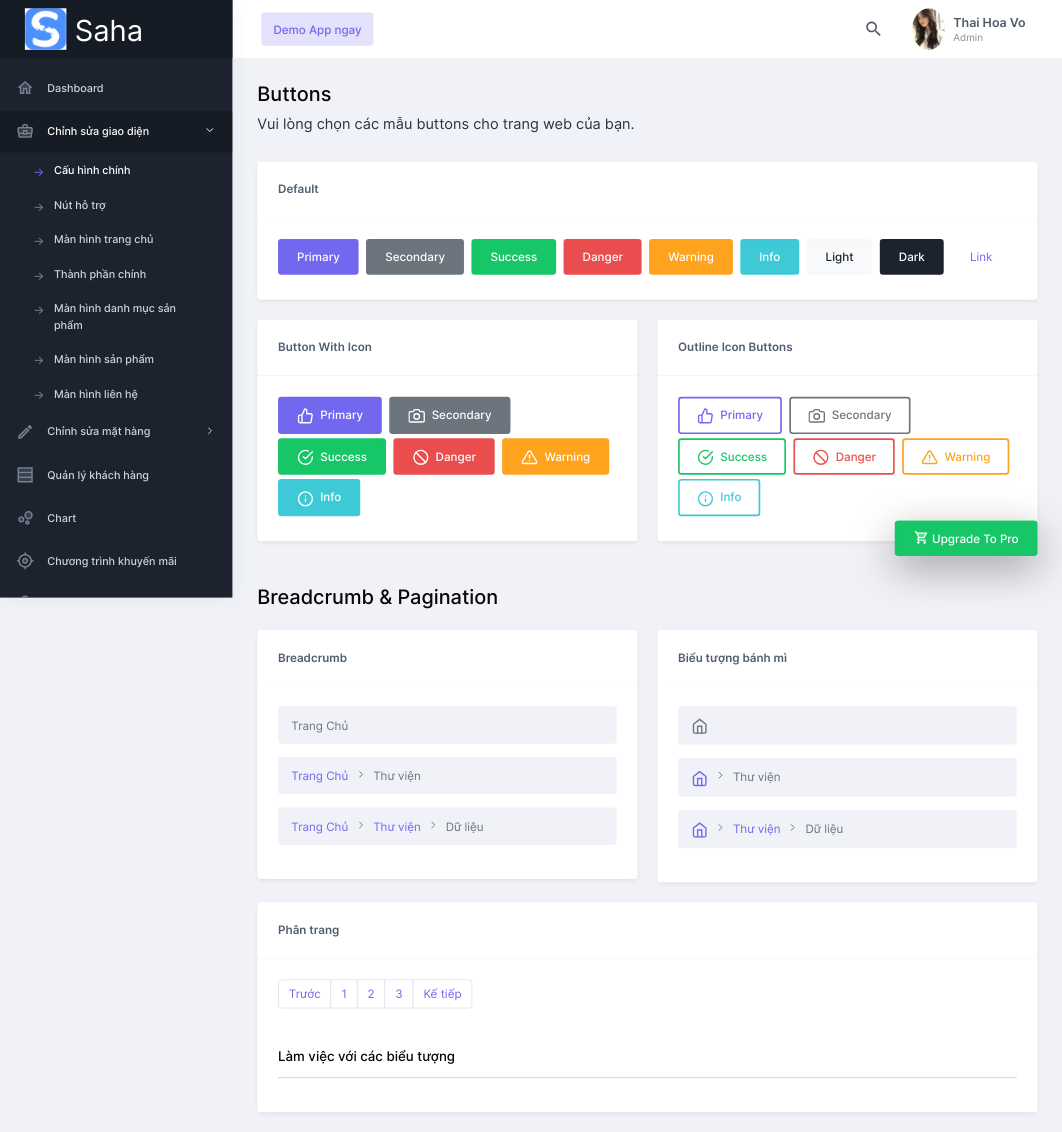
Repository: vothaihoa1998/sahashop.github.io
Page: edit-ui.html
These files come from the project's save history. The page is drawn as it stood at one moment and after the next save; the edit follows.
The browser window is 1280 px wide. The pictures show the whole page, at 83% of full size.

Above is the page before, as saved 2021-07-08 15:05:16.

After the next save:
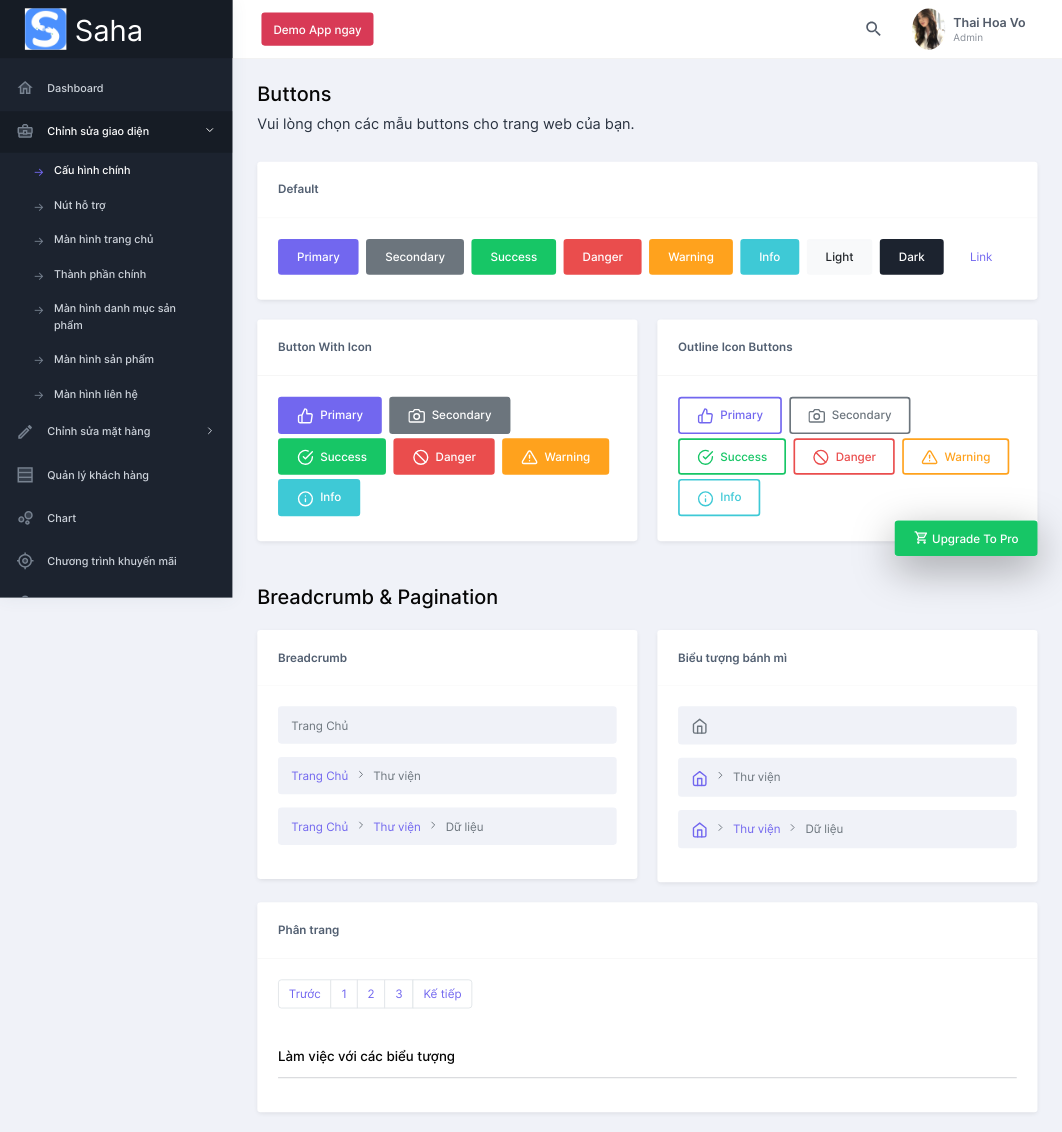
Saved 8 s later.
--- a/edit-ui.html
+++ b/edit-ui.html
@@ -197,7 +197,7 @@
 			<div class="mr-auto pc-mob-drp">
 				<ul class="list-unstyled" >
 					<li  class="dropdown pc-h-item">
-						<a   onclick="document.getElementById('id01').style.display='block'"
+						<a  style=" color:#fff; background-color: #D83A56;" onclick="document.getElementById('id01').style.display='block'"
 
                         class="pc-head-link active dropdown-toggle arrow-none mr-0" data-toggle="dropdown" href="#" role="button" aria-haspopup="false" aria-expanded="false">
                         Demo App ngay
